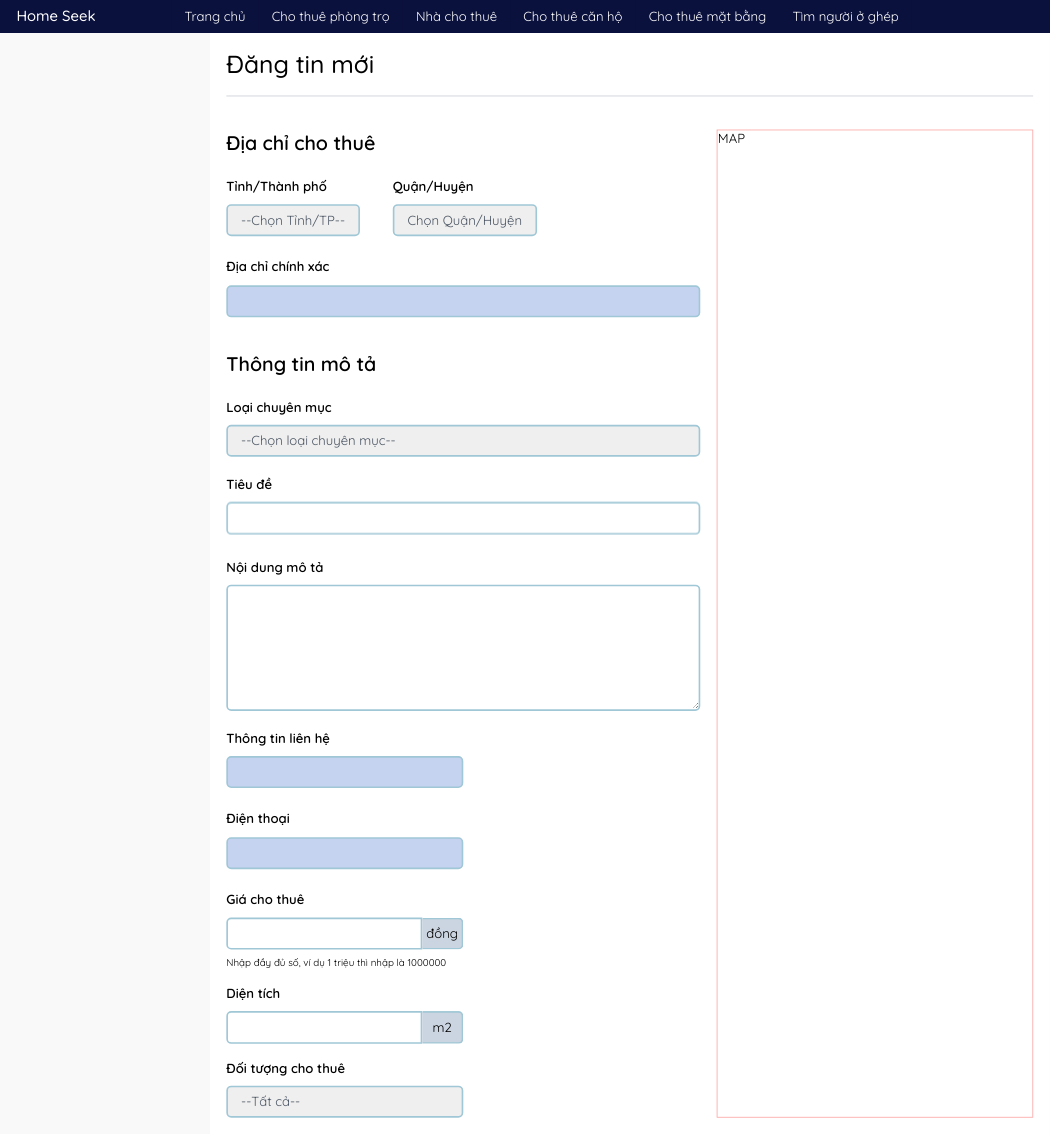
Repository: ajincome26/homeseek
Page: /create (app in client/)
The author's editor kept a copy of each file at every save. The page is drawn from the files as they stood at one save, then again after the next save.
The browser window is 1280 px wide. The pictures show the whole page, at 82% of full size.
The page's requests for data from a server got no answer. The project was rebuilt for these pictures with package versions that can differ from the ones it lists, and the page was loaded fresh each time. Some packages were replaced by stand-ins written for this rebuild. No one was signed in, and anything a server would have sent is missing. Also part of the build but not shown: client/vite.config.ts, client/src/components/Footer/Footer.tsx, client/src/components/Button/Button.tsx, client/src/components/Button/index.ts, client/src/utils/utils.tsx, client/src/components/MainHeader/components/User.tsx, client/src/components/Popover/Popover.tsx, client/src/components/Popover/index.ts and 14 more.

Above is the page before, as saved 2024-01-11 05:15:13.

After the next save:
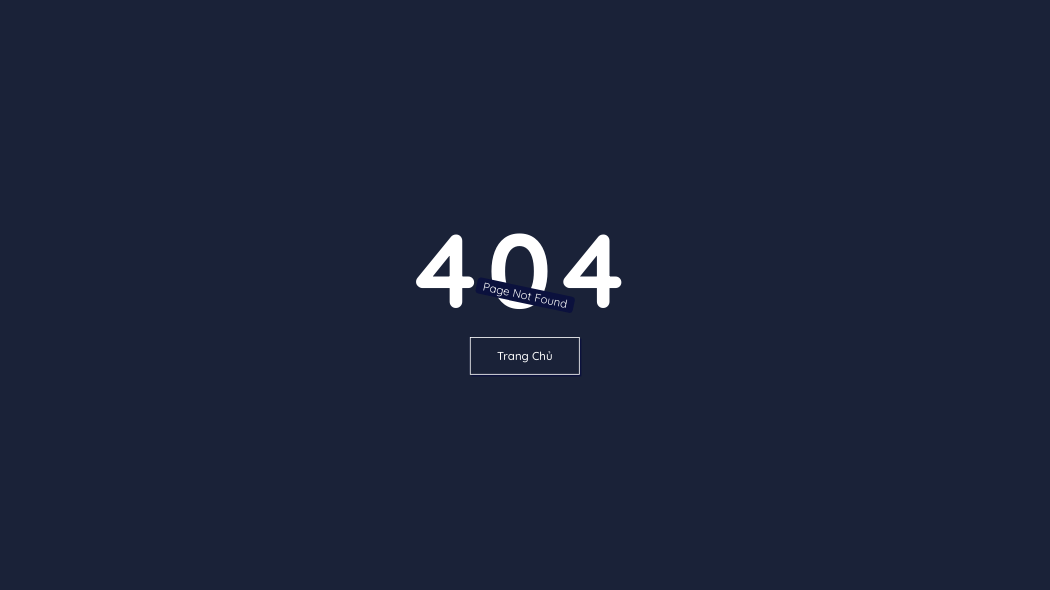
Console error: TypeError: register is not a function
Saved 70 s later.
--- a/client/src/pages/CreatePostPage/components/Overview.tsx
+++ b/client/src/pages/CreatePostPage/components/Overview.tsx
@@ -7,6 +7,7 @@
 import { useForm } from 'react-hook-form'
 import { postSchema, PostSchema } from '~/utils/schema'
 import { Label } from '~/components/Label'
+import InputArea from '~/components/Input/InputArea'
 
 export type FormCreatePost = PostSchema
 
@@ -47,7 +48,7 @@
           <Label textColor='text-black' htmlFor='desc'>
             Nội dung mô tả
           </Label>
-          <textarea id='desc' className='cr-input-text' rows={7} />
+          <InputArea id='desc' className='cr-input-text' name='desc' />
         </Field>
         <div className='w-1/2'>
           <Field>

After the 3 saves that followed:
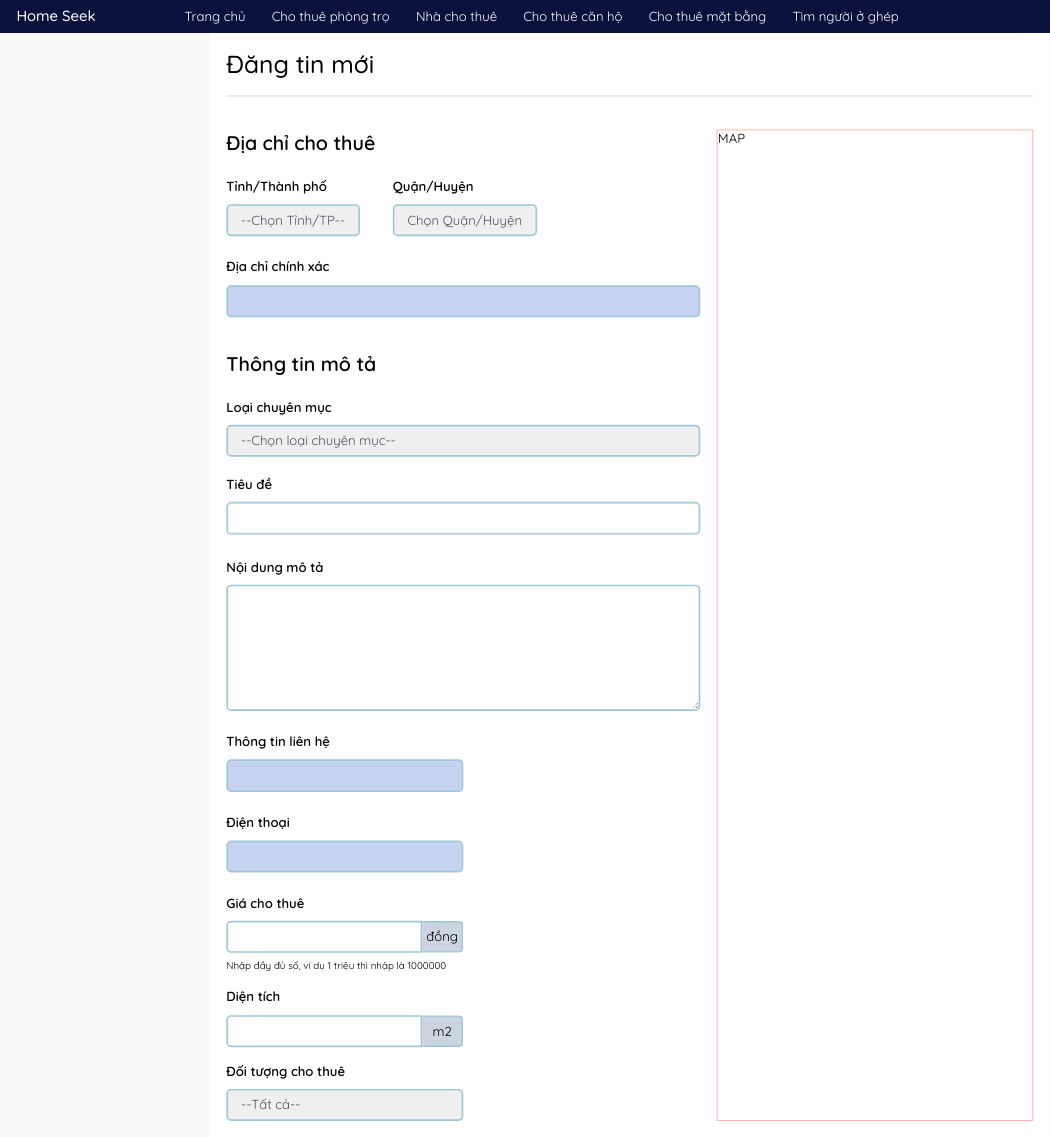
The error is gone.
The 3 saves are shown as one change because 1 left the picture as it was and some came seconds apart.
The last was saved 67 s later.
--- a/client/src/pages/CreatePostPage/components/Overview.tsx
+++ b/client/src/pages/CreatePostPage/components/Overview.tsx
@@ -48,7 +48,7 @@
           <Label textColor='text-black' htmlFor='desc'>
             Nội dung mô tả
           </Label>
-          <InputArea id='desc' className='cr-input-text' name='desc' />
+          <InputArea id='desc' className='cr-input-text' name='description' register={register} />
         </Field>
         <div className='w-1/2'>
           <Field>
--- a/client/src/components/Input/InputArea.tsx
+++ b/client/src/components/Input/InputArea.tsx
@@ -9,7 +9,6 @@ export interface InputProps<TFieldValues extends FieldValues> extends InputHTMLA
 
 const InputArea = <TFieldValues extends FieldValues = FieldValues>({
   name,
-  children,
   errorMessage,
   register,
   className
@@ -17,7 +16,6 @@ const InputArea = <TFieldValues extends FieldValues = FieldValues>({
   return (
     <div className='relative w-full'>
       <textarea id={name} {...register(name)} className={className} rows={7} autoComplete='on' />
-      <span className='absolute top-1/2 right-3 translate-y-[-110%] cursor-pointer text-grayDark'>{children}</span>
       {errorMessage && <div className='text-sm text-red-500 min-h-[1rem] leading-4'>{errorMessage}</div>}
     </div>
   )
